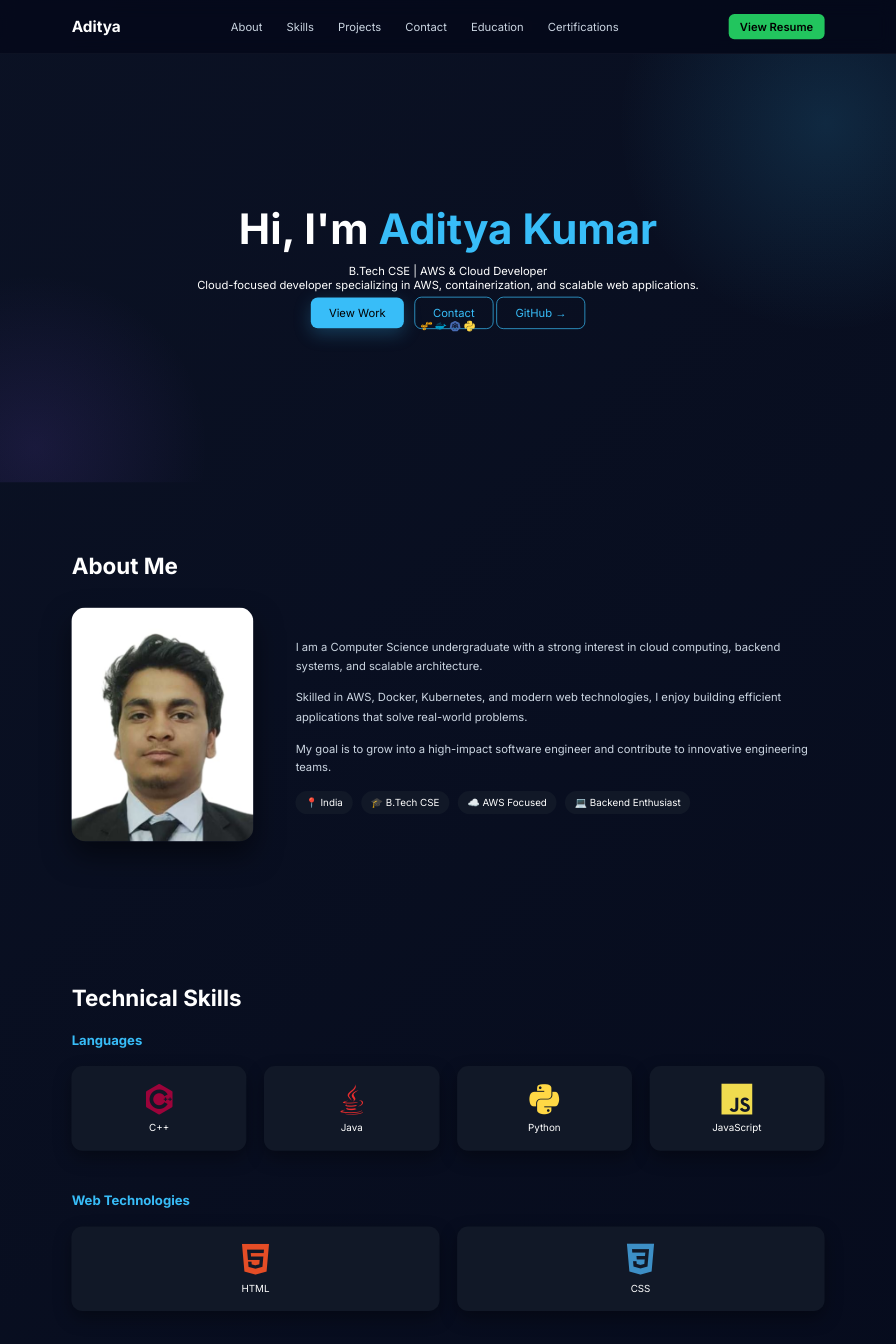
Repository: Aditya2419/My-Portfolio
Page: index.html
The author's editor kept a copy of each file at every save. The page is drawn from the files as they stood at one save, then again after the next save.
The browser window is 1280 px wide. The pictures show the part of the page from y = 0 to 1920 px (the page is 5718 px tall), at 70% of full size.

Above is the page before, as saved 2026-02-18 23:51:54.
Console error: TypeError: Cannot set properties of null (setting 'textContent')

### index.html
<!DOCTYPE html>
<html lang="en">
<head>
<meta charset="UTF-8">
<meta name="viewport" content="width=device-width, initial-scale=1.0">
<link rel="stylesheet" href="https://cdn.jsdelivr.net/gh/devicons/devicon@latest/devicon.min.css">



<title>Aditya Kumar | Cloud & Software Developer</title>

<link rel="stylesheet" href="style.css">
<script src="script.js"></script>

<!-- Google Font -->
<link href="https://fonts.googleapis.com/css2?family=Inter:wght@300;400;600;700&display=swap" rel="stylesheet">

</head>
<body>

<header>
    <div class="logo">Aditya</div>

    <nav>
        <a href="#about">About</a>
        <a href="#skills">Skills</a>
        <a href="#projects">Projects</a>
        <a href="#contact">Contact</a>
        <a href="#education">Education</a>
        <a href="#certifications">Certifications</a>
    </nav>

    <a class="resume-btn" href="resume.pdf" target="_blank">View Resume</a>
</header>


<!-- HERO -->
<section class="hero">

    <div class="hero-container">

        <div class="hero-text">
            <h1>Hi, I'm <span>Aditya Kumar</span></h1>

            <p class="hero-role">
                B.Tech CSE | AWS & Cloud Developer
            </p>

            <p class="hero-desc">
                Cloud-focused developer specializing in AWS, containerization, and scalable web applications.
            </p>

            <div class="hero-buttons">
                <a href="#projects" class="primary">View Work</a>
                <a href="#contact" class="secondary">Contact</a>
                <a href="https://github.com/YOURUSERNAME" class="secondary">GitHub →</a>
            </div>

        </div>

        <div class="hero-visual">
            <i class="devicon-amazonwebservices-original colored"></i>
            <i class="devicon-docker-plain colored"></i>
            <i class="devicon-kubernetes-plain colored"></i>
            <i class="devicon-python-plain colored"></i>
        </div>

    </div>

    </section>

<!-- ABOUT -->
<section id="about" class="about">

    <h2>About Me</h2>

    <div class="about-container">

        <div class="about-image">
            <img src="images/profile.png" alt="Aditya Kumar">
        </div>

        <div class="about-text">

            <p>
            I am a Computer Science undergraduate with a strong interest in
            cloud computing, backend systems, and scalable architecture.
            </p>

            <p>
            Skilled in AWS, Docker, Kubernetes, and modern web technologies,
            I enjoy building efficient applications that solve real-world problems.
            </p>

            <p>
            My goal is to grow into a high-impact software engineer and contribute
            to innovative engineering teams.
            </p>

            <div class="about-highlights">
                <span>📍 India</span>
                <span>🎓 B.Tech CSE</span>
                <span>☁️ AWS Focused</span>
                <span>💻 Backend Enthusiast</span>
            </div>

        </div>

    </div>

    </section>

<!-- TECHINCAL SKILLS -->
<section id="skills">

    <h2>Technical Skills</h2>

    <div class="skills-category">

        <h3>Languages</h3>
        <div class="skills-grid">
            <div class="skill-card">
                <i class="devicon-cplusplus-plain colored"></i>
                <p>C++</p>
            </div>

            <div class="skill-card">
                <i class="devicon-java-plain colored"></i>
                <p>Java</p>
            </div>

            <div class="skill-card">
                <i class="devicon-python-plain colored"></i>
                <p>Python</p>
            </div>

            <div class="skill-card">
                <i class="devicon-javascript-plain colored"></i>
                <p>JavaScript</p>
            </div>
        </div>

    </div>


    <div class="skills-category">

        <h3>Web Technologies</h3>
        <div class="skills-grid">
            <div class="skill-card">
                <i class="devicon-html5-plain colored"></i>
                <p>HTML</p>
            </div>

            <div class="skill-card">
                <i class="devicon-css3-plain colored"></i>
                <p>CSS</p>
            </div>
        </div>

    </div>


    <div class="skills-category">

        <h3>Frameworks</h3>
        <div class="skills-grid">
            <div class="skill-card">
                <i class="devicon-flask-original colored"></i>
                <p>Flask</p>
            </div>
        </div>

    </div>


    <div class="skills-category">

        <h3>Tools & Platforms</h3>
        <div class="skills-grid">
            <div class="skill-card">
                <i class="devicon-git-plain colored"></i>
                <p>Git</p>
            </div>

            <div class="skill-card">
                <i class="devicon-docker-plain colored"></i>
                <p>Docker</p>
            </div>

            <div class="skill-card">
                <i class="devicon-amazonwebservices-original colored"></i>
                <p>AWS</p>
            </div>

            <div class="skill-card">
                <i class="devicon-mysql-plain colored"></i>
                <p>MySQL</p>
            </div>

            <div class="skill-card">
                <i class="devicon-mongodb-plain colored"></i>
                <p>MongoDB</p>
            </div>
        </div>

    </div>

    </section>

<!-- PROJECTS -->
<section id="projects">

<h2>Featured Projects</h2>

<div class="projects">


<div class="card">
    <img src="images/scheduler.png" class="project-img">
<h3>CPU Scheduler Simulator</h3>

<p>
Interactive visualization tool comparing FCFS, SJF, SRTF,
and Round Robin with dynamic Gantt charts.
</p>

<a href="https://cpu-scheduling-simulator-4wlb1ttw0.vercel.app" target="_blank">
Live Demo →
</a>

</div>



<div class="card">
    <img src="images/weather.png" class="project-img">
<h3>Weather Forecasting App</h3>

<p>
Real-time weather application using APIs to display
temperature, humidity, wind speed, and conditions.
</p>

<a href="https://aditya2419.github.io/weather-frontend/" target="_blank">
Live Demo →
</a>

</div>



<div class="card">
    <img src="images/bot.png" class="project-img">
<h3>Esports Discord Bot</h3>

<p>
Automated tournament notifications, dashboards,
and match updates using Discord API and MongoDB.
</p>

</div>

</div>

</section>
<!-- EDUCATION -->
<section id="education">

    <p class="section-subtitle">MY JOURNEY</p>
    <h2>Education & <span>Certificates</span></h2>

    <div class="timeline">

        <div class="timeline-item">
            <div class="timeline-dot"></div>

            <div class="timeline-content">
                <div class="timeline-header">
                    <h3>Lovely Professional University</h3>
                    <span class="badge">Current</span>
                </div>

                <p>Bachelor of Technology – Computer Science and Engineering</p>
                <small>CGPA: 5.84 | Aug 2023 – Present</small>
            </div>
        </div>


        <div class="timeline-item">
            <div class="timeline-dot"></div>

            <div class="timeline-content">
                <h3>Kendriya Vidyalaya Sitamarhi</h3>
                <p>Intermediate (12th)</p>
                <small>78.6% | Apr 2022 – Mar 2023</small>
            </div>
        </div>


        <div class="timeline-item">
            <div class="timeline-dot"></div>

            <div class="timeline-content">
                <h3>DAV Public School Runnisaidpur</h3>
                <p>Matriculation (10th)</p>
                <small>79.3% | Apr 2021 – Mar 2022</small>
            </div>
        </div>

    </div>

    </section>


<!-- CERTIFICATIONS -->
<<section id="certifications">

    <p class="section-subtitle">PROFESSIONAL GROWTH</p>
    <h2>Licenses & <span>Certifications</span></h2>

    <div class="cert-grid">

        <div class="cert-item">
            <img src="images/cert4.png" onclick="openModal(this.src)">
            <div class="cert-overlay">Build Generative AI Apps and Solutions</div>
        </div>

        <div class="cert-item">
            <img src="images/cert2.png" onclick="openModal(this.src)">
            <div class="cert-overlay">Java Bootcamp</div>
        </div>

        <div class="cert-item">
            <img src="images/cert3.png" onclick="openModal(this.src)">
            <div class="cert-overlay">Privacy & Security (NPTEL)</div>
        </div>

        <div class="cert-item">
            <img src="images/cert1.png" onclick="openModal(this.src)">
            <div class="cert-overlay">Introduction to Python</div>
        </div>

    </div>

</section>


    <!--- CONTACT -->
    <section id="contact">

        <h2>Let's Connect</h2>

        <form action="https://formsubmit.co/aditya312004pandey@gmail.com" method="POST">

        <input type="text" name="name" placeholder="Your Name" required>

        <input type="email" name="email" placeholder="Your Email" required>

        <textarea name="message" placeholder="Your Message" required></textarea>

        <button type="submit">Send Message</button>

        </form>

        </section>


<footer>
© 2026 Aditya Kumar — Built for impact.
</footer>


<script src="script.js"></script>

</body>
</html>

### style.css
/* GLOBAL RESET */

*{
    margin:0;
    padding:0;
    box-sizing:border-box;
    font-family:'Inter',sans-serif;
    }

    html{
    scroll-behavior:smooth;
    }

    /* ANIMATED BACKGROUND */

    body{
    background: linear-gradient(-45deg, #0b0f19, #020617, #0f172a, #020617);
    background-size: 400% 400%;
    animation: gradientMove 12s ease infinite;
    color:white;
    }

    @keyframes gradientMove{
    0%{background-position:0% 50%;}
    50%{background-position:100% 50%;}
    100%{background-position:0% 50%;}
    }


    /* 🔥 GLASS NAVBAR */

    header{
    display:flex;
    justify-content:space-between;
    align-items:center;
    padding:20px 8%;
    position:sticky;
    top:0;
    background:rgba(2,6,23,.6);
    backdrop-filter: blur(12px);
    border-bottom:1px solid rgba(255,255,255,.05);
    z-index:999;
    }

    .logo{
    font-weight:700;
    font-size:22px;
    }

    nav a{
    margin:0 15px;
    text-decoration:none;
    color:#cbd5e1;
    transition:.3s;
    }

    nav a:hover{
    color:#38bdf8;
    }

    .resume-btn{
    background:#22c55e;
    padding:8px 16px;
    border-radius:8px;
    text-decoration:none;
    color:black;
    font-weight:600;
    transition:.3s;
    }

    .resume-btn:hover{
    transform:scale(1.05);
    }


    /* HERO */

    .hero{
        min-height:85vh;
        display:flex;
        flex-direction:column;
        justify-content:center;
        align-items:center;
        text-align:center;
        padding:0 20px;
        position:relative;
        overflow:hidden;
    }
    .hero::before{
        content:"";
        position:absolute;
        width:600px;
        height:600px;
        background:radial-gradient(circle, rgba(56,189,248,0.15), transparent 70%);
        top:-200px;
        right:-200px;
        z-index:0;
    }

        .hero::after{
        content:"";
        position:absolute;
        width:500px;
        height:500px;
        background:radial-gradient(circle, rgba(139,92,246,0.12), transparent 70%);
        bottom:-200px;
        left:-200px;
        z-index:0;
    }

        .hero *{
        position:relative;
        z-index:1;
    }



    .hero span{
    color:#38bdf8;
    }

    .hero h1{
        font-size:60px;
        font-weight:700;
        margin-bottom:15px;
    }

    .hero h2{
    margin:10px 0;
    color:#94a3b8;
    }

    .hero-tagline{
        margin-top:10px;
        color:#94a3b8;
        font-size:18px;
        max-width:650px;
        line-height:1.6;
    }

    .hero-buttons{
    margin-top:20px;
    }

    .primary{
        background:#38bdf8;
        padding:12px 26px;
        border-radius:10px;
        text-decoration:none;
        color:black;
        margin-right:10px;
        transition:.3s ease;
        box-shadow:0 8px 25px rgba(56,189,248,.25);
    }

    .primary:hover{
    transform:translateY(-3px);
    }

    .secondary{
        border:1px solid #38bdf8;
        padding:12px 26px;
        border-radius:10px;
        text-decoration:none;
        color:#38bdf8;
        transition:.3s ease;
    }

    .secondary:hover{
    background:#38bdf8;
    color:black;
    }


    /* SECTIONS */

    section{
    padding:100px 8%;
    }

    h2{
    font-size:32px;
    margin-bottom:30px;
    }


    /* ABOUT */

    .about-container{
    display:flex;
    align-items:center;
    gap:60px;
    flex-wrap:wrap;
    margin-top:40px;
    }

    .about-image img{
    width:260px;
    border-radius:20px;
    box-shadow:0 20px 40px rgba(0,0,0,.5);
    transition:.4s;
    }

    .about-image img:hover{
    transform:scale(1.05);
    }

    .about-text{
    flex:1;
    min-width:280px;
    }

    .about-text p{
    margin-bottom:18px;
    color:#cbd5e1;
    line-height:1.7;
    }

    .about-highlights{
    margin-top:20px;
    display:flex;
    gap:12px;
    flex-wrap:wrap;
    }

    .about-highlights span{
    background:#111827;
    padding:8px 14px;
    border-radius:20px;
    font-size:14px;
    }


 /* SKILLS SECTION */

.skills-category{
    margin-bottom:60px;
    }

    .skills-category h3{
    margin-bottom:25px;
    color:#38bdf8;
    }

    .skills-grid{
    display:grid;
    grid-template-columns:repeat(auto-fit,minmax(120px,1fr));
    gap:25px;
    }

    .skill-card{
    background:#111827;
    padding:25px 10px;
    border-radius:16px;
    text-align:center;
    transition:.3s ease;
    box-shadow:0 10px 25px rgba(0,0,0,.35);
    }

    .skill-card i{
    font-size:45px;
    margin-bottom:10px;
    }

    .skill-card p{
    font-size:14px;
    margin-top:8px;
    }

    .skill-card:hover{
    transform:translateY(-6px);
    box-shadow:0 15px 40px rgba(0,0,0,.5);
    }

    /* PROJECTS */

    .projects{
    display:grid;
    grid-template-columns:repeat(auto-fit,minmax(280px,1fr));
    gap:25px;
    }

    .card{
    background:#111827;
    padding:25px;
    border-radius:16px;
    transition:.3s;
    }

    .card:hover{
    transform:translateY(-8px);
    box-shadow:0 10px 30px rgba(0,0,0,.4);
    }

    .project-img{
    width:100%;
    border-radius:12px;
    margin-bottom:15px;
    }

    .card a{
    display:inline-block;
    margin-top:10px;
    color:#38bdf8;
    text-decoration:none;
    }

    .card h3 a{
    color:white;
    }

    .card h3 a:hover{
    color:#38bdf8;
    }
    .card{
        position:relative;
        overflow:hidden;
        }

        .card::before{
        content:"";
        position:absolute;
        width:200%;
        height:200%;
        background:linear-gradient(45deg,transparent,#38bdf8,transparent);
        top:-50%;
        left:-50%;
        opacity:.08;
        transform:rotate(25deg);
    }
    /* SECTION TITLE */

    .section-subtitle{
    letter-spacing:6px;
    color:#38bdf8;
    font-size:14px;
    margin-bottom:10px;
    }
    h2 span{
    background:linear-gradient(90deg,#38bdf8,#8b5cf6);
    -webkit-background-clip:text;
    color:transparent;
    }

    /* TIMELINE */

    .timeline{
    position:relative;
    margin-top:60px;
    padding-left:40px;
    }

    .timeline::before{
    content:"";
    position:absolute;
    left:15px;
    top:0;
    width:2px;
    height:100%;
    background:rgba(255,255,255,.1);
    }

    /* ITEM */

    .timeline-item{
    position:relative;
    margin-bottom:60px;
    }

    .timeline-dot{
    position:absolute;
    left:-27px;
    top:10px;
    width:14px;
    height:14px;
    background:#38bdf8;
    border-radius:50%;
    box-shadow:0 0 15px #38bdf8;
    }

    /* CARD */

    .timeline-content{
    background:rgba(17,24,39,.8);
    padding:30px;
    border-radius:16px;
    backdrop-filter: blur(10px);
    border:1px solid rgba(255,255,255,.05);
    transition:.3s;
    }

    .timeline-content:hover{
    transform:translateY(-5px);
    }

    /* HEADER */

    .timeline-header{
    display:flex;
    justify-content:space-between;
    align-items:center;
    }

    .badge{
    background:linear-gradient(90deg,#38bdf8,#8b5cf6);
    padding:6px 14px;
    border-radius:20px;
    font-size:12px;
    color:white;
    }

    /* TEXT */

    .timeline-content h3{
    margin-bottom:8px;
    }

    .timeline-content p{
    margin-bottom:6px;
    color:#cbd5e1;
    }

    .timeline-content small{
    color:#94a3b8;
    }

    /* CERTIFICATE GRID */
    .cert-grid{
    display: grid;
    grid-template-columns: repeat(2, 1fr);   /* 2 per row */
    gap: 30px;
    margin-top: 50px;
    }

    /* Each certificate card */

    .cert-item{
    width: 100%;          /* important */
    background: #111827;
    padding: 15px;
    border-radius: 18px;
    transition: .3s ease;
    box-shadow: 0 10px 25px rgba(0,0,0,.35);
    }

    /* Image styling */

    .cert-item img{
    width: 100%;
    height: 220px;
    object-fit: contain;     /* show full certificate */
    background: #0f172a;
    border-radius: 12px;
    display: block;
    }

    /* Hover */

    .cert-item:hover{
    transform: translateY(-6px);
    box-shadow: 0 15px 35px rgba(0,0,0,.5);
    }

    /* Mobile responsiven*/
    @media (max-width: 768px){
        .cert-grid{
            grid-template-columns: 1fr;  /* 1 per row on mobile */
        }
    }
    /* Overlay */

    .cert-overlay{
    position:absolute;
    bottom:0;
    left:0;
    width:100%;
    background:linear-gradient(to top, rgba(0,0,0,0.8), transparent);
    color:white;
    padding:20px;
    font-weight:600;
    opacity:0;
    transition:.4s;
    }

    .cert-item:hover .cert-overlay{
    opacity:1;
    }

    /* CONTACT FORM */

    form{
    max-width:600px;
    margin:auto;
    display:flex;
    flex-direction:column;
    gap:15px;
    }

    input, textarea{
    padding:14px;
    border-radius:8px;
    border:none;
    background:#111827;
    color:white;
    }

    button{
    padding:14px;
    border:none;
    background:#38bdf8;
    color:black;
    font-weight:600;
    border-radius:8px;
    cursor:pointer;
    transition:.3s;
    }

    button:hover{
    transform:translateY(-2px);
    }


    /* FOOTER */

    footer{
    text-align:center;
    padding:40px;
    color:#94a3b8;
    }

Loaded but not shown: script.js (48 lines, source omitted)

After the next save:
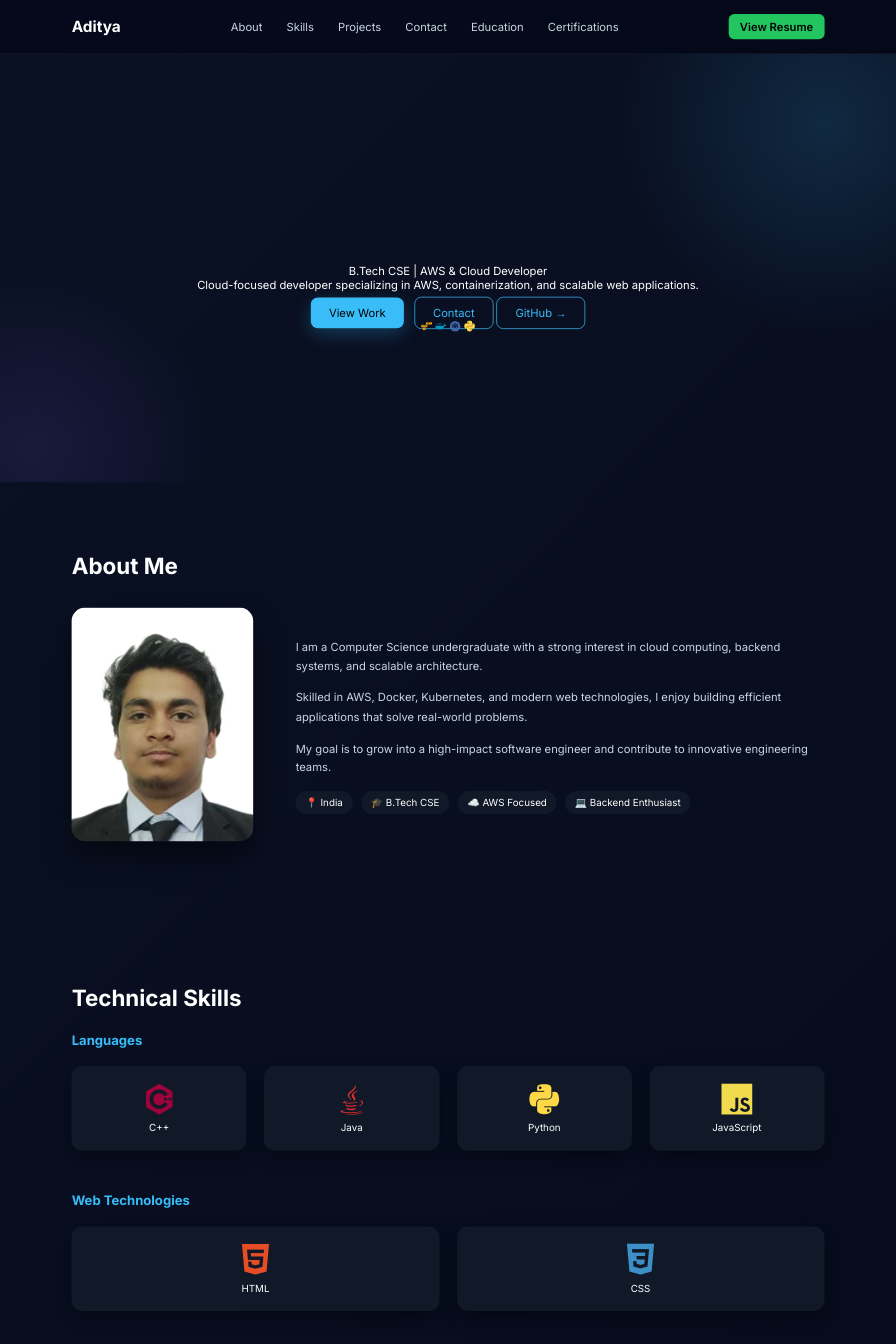
Saved 65 s later.
--- a/style.css
+++ b/style.css
@@ -123,6 +123,14 @@
         font-size:60px;
         font-weight:700;
         margin-bottom:15px;
+        animation:fadeUp 1s ease forwards;
+        opacity:0;
+        @keyframes fadeUp{
+            to{
+                opacity:1;
+                transform:translateY(0);
+            }
+        }
     }
 
     .hero h2{

After the save that followed:
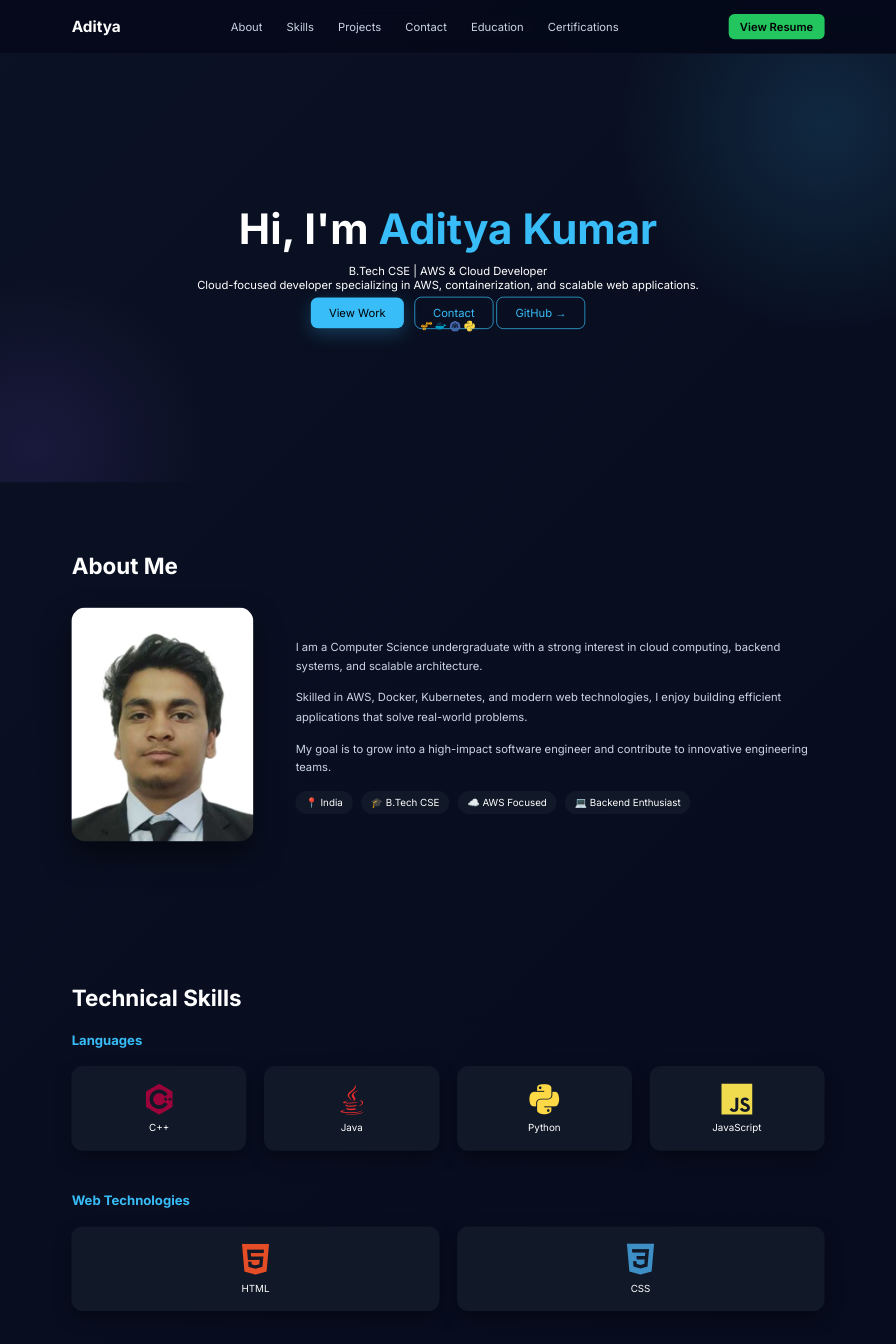
Saved 3 min 12 s later.
--- a/style.css
+++ b/style.css
@@ -125,13 +125,16 @@
         margin-bottom:15px;
         animation:fadeUp 1s ease forwards;
         opacity:0;
-        @keyframes fadeUp{
-            to{
-                opacity:1;
-                transform:translateY(0);
-            }
+        transform:translateY(30px);
+    }
+
+    @keyframes fadeUp{
+        to{
+            opacity:1;
+            transform:translateY(0);
         }
     }
+
 
     .hero h2{
     margin:10px 0;
